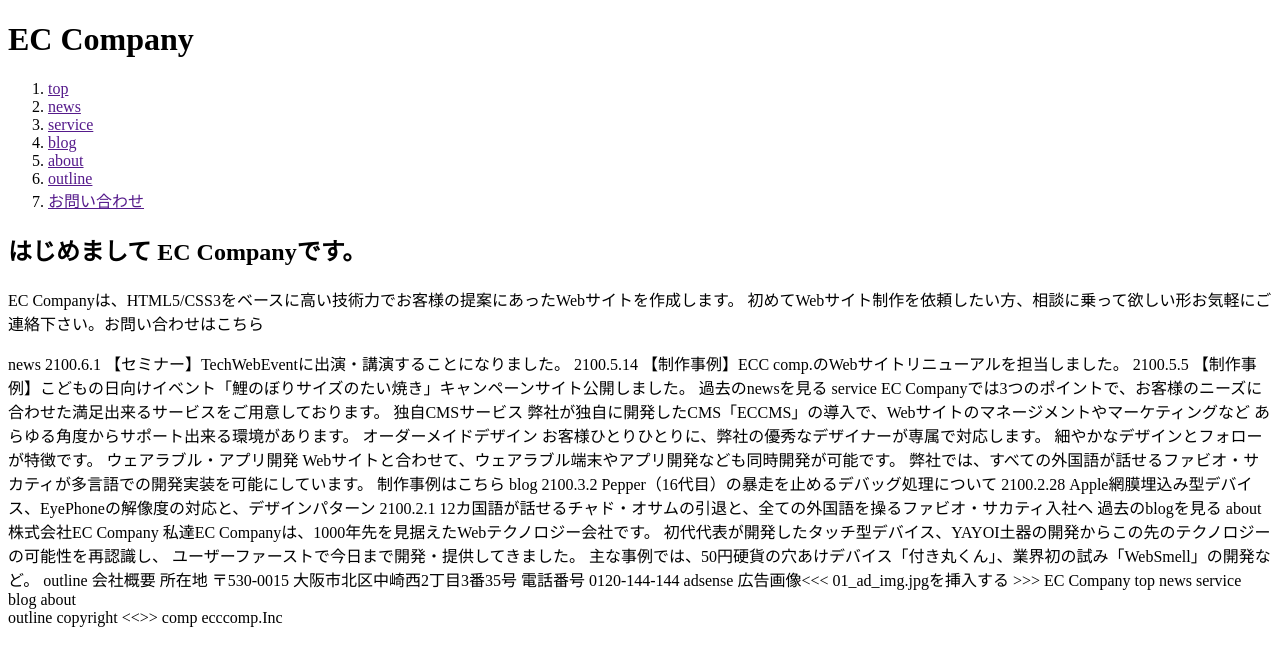
Repository: hsn320/html-practice
Page: html2/work01/work01.html
The author's editor kept a copy of each file at every save. The page is drawn from the files as they stood at one save, then again after the next save.
The browser window is 1280 px wide. The pictures show the whole page.

Above is the page before, as saved 2025-10-01 22:42:06.

### html2/work01/work01.html
<!DOCTYPE html>
<html lang="en">
<head>
    <meta charset="UTF-8">
    <meta name="viewport" content="width=device-width, initial-scale=1.0">
    <title>EC Company</title>
</head>
<body>
    <header>
        <h1>EC Company</h1>
        <nav>
            <ol>
                <li><a href="">top</a></li>
                <li><a href="">news</a></li>
                <li><a href="">service</a></li>
                <li><a href="">blog</a></li>
                <li><a href="">about</a></li>
                <li><a href="">outline</a></li>
                <li><a href="">お問い合わせ</a></li>
            </ol>
        </nav>
    </header>
    <main>
    <section>
        <h2>はじめまして EC Companyです。</h2>
        <p>
            EC Companyは、HTML5/CSS3をベースに高い技術力でお客様の提案にあったWebサイトを作成します。
            初めてWebサイト制作を依頼したい方、相談に乗って欲しい形お気軽にご連絡下さい。お問い合わせはこちら
        </p>
    </section>
    news
    2100.6.1
    【セミナー】TechWebEventに出演・講演することになりました。
    2100.5.14
    【制作事例】ECC comp.のWebサイトリニューアルを担当しました。
    2100.5.5
    【制作事例】こどもの日向けイベント「鯉のぼりサイズのたい焼き」キャンペーンサイト公開しました。

    過去のnewsを見る

    service
    EC Companyでは3つのポイントで、お客様のニーズに合わせた満足出来るサービスをご用意しております。
    独自CMSサービス

    弊社が独自に開発したCMS「ECCMS」の導入で、Webサイトのマネージメントやマーケティングなど あらゆる角度からサポート出来る環境があります。
    オーダーメイドデザイン

    お客様ひとりひとりに、弊社の優秀なデザイナーが専属で対応します。 細やかなデザインとフォローが特徴です。
    ウェアラブル・アプリ開発

    Webサイトと合わせて、ウェアラブル端末やアプリ開発なども同時開発が可能です。 弊社では、すべての外国語が話せるファビオ・サカティが多言語での開発実装を可能にしています。

    制作事例はこちら

    blog
    2100.3.2
    Pepper（16代目）の暴走を止めるデバッグ処理について
    2100.2.28
    Apple網膜埋込み型デバイス、EyePhoneの解像度の対応と、デザインパターン
    2100.2.1
    12カ国語が話せるチャド・オサムの引退と、全ての外国語を操るファビオ・サカティ入社へ

    過去のblogを見る

    about
    株式会社EC Company

    私達EC Companyは、1000年先を見据えたWebテクノロジー会社です。 初代代表が開発したタッチ型デバイス、YAYOI土器の開発からこの先のテクノロジーの可能性を再認識し、 ユーザーファーストで今日まで開発・提供してきました。 主な事例では、50円硬貨の穴あけデバイス「付き丸くん」、業界初の試み「WebSmell」の開発など。

    outline
    会社概要
    所在地
    〒530-0015 大阪市北区中崎西2丁目3番35号
    電話番号
    0120-144-144

    adsense
    広告画像<<< 01_ad_img.jpgを挿入する >>>

    EC Company
    top
    news
    service
    blog
    about
    </main>
outline

copyright <<<copyrightマークに差し替え>>> comp ecccomp.Inc
</body>
</html>

After the next save:
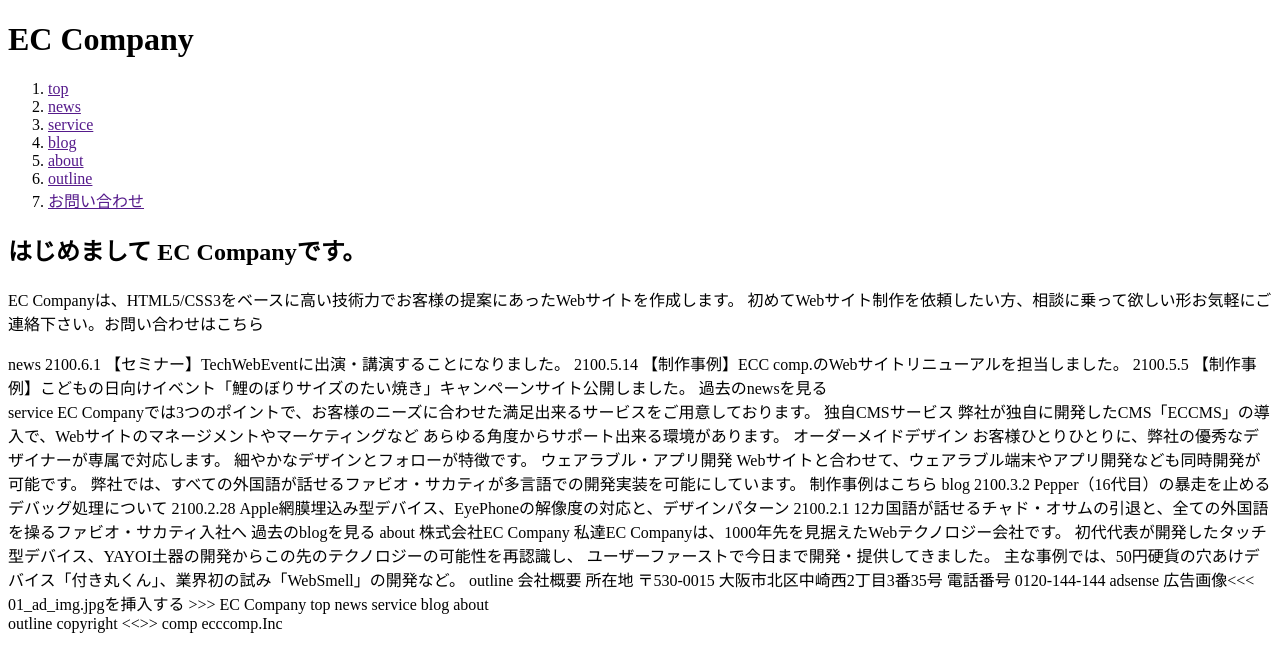
Saved 32 s later.
--- a/html2/work01/work01.html
+++ b/html2/work01/work01.html
@@ -28,15 +28,16 @@
             初めてWebサイト制作を依頼したい方、相談に乗って欲しい形お気軽にご連絡下さい。お問い合わせはこちら
         </p>
     </section>
-    news
-    2100.6.1
-    【セミナー】TechWebEventに出演・講演することになりました。
-    2100.5.14
-    【制作事例】ECC comp.のWebサイトリニューアルを担当しました。
-    2100.5.5
-    【制作事例】こどもの日向けイベント「鯉のぼりサイズのたい焼き」キャンペーンサイト公開しました。
-
-    過去のnewsを見る
+    <section>
+        news
+        2100.6.1
+        【セミナー】TechWebEventに出演・講演することになりました。
+        2100.5.14
+        【制作事例】ECC comp.のWebサイトリニューアルを担当しました。
+        2100.5.5
+        【制作事例】こどもの日向けイベント「鯉のぼりサイズのたい焼き」キャンペーンサイト公開しました。
+        過去のnewsを見る
+    </section>
 
     service
     EC Companyでは3つのポイントで、お客様のニーズに合わせた満足出来るサービスをご用意しております。
